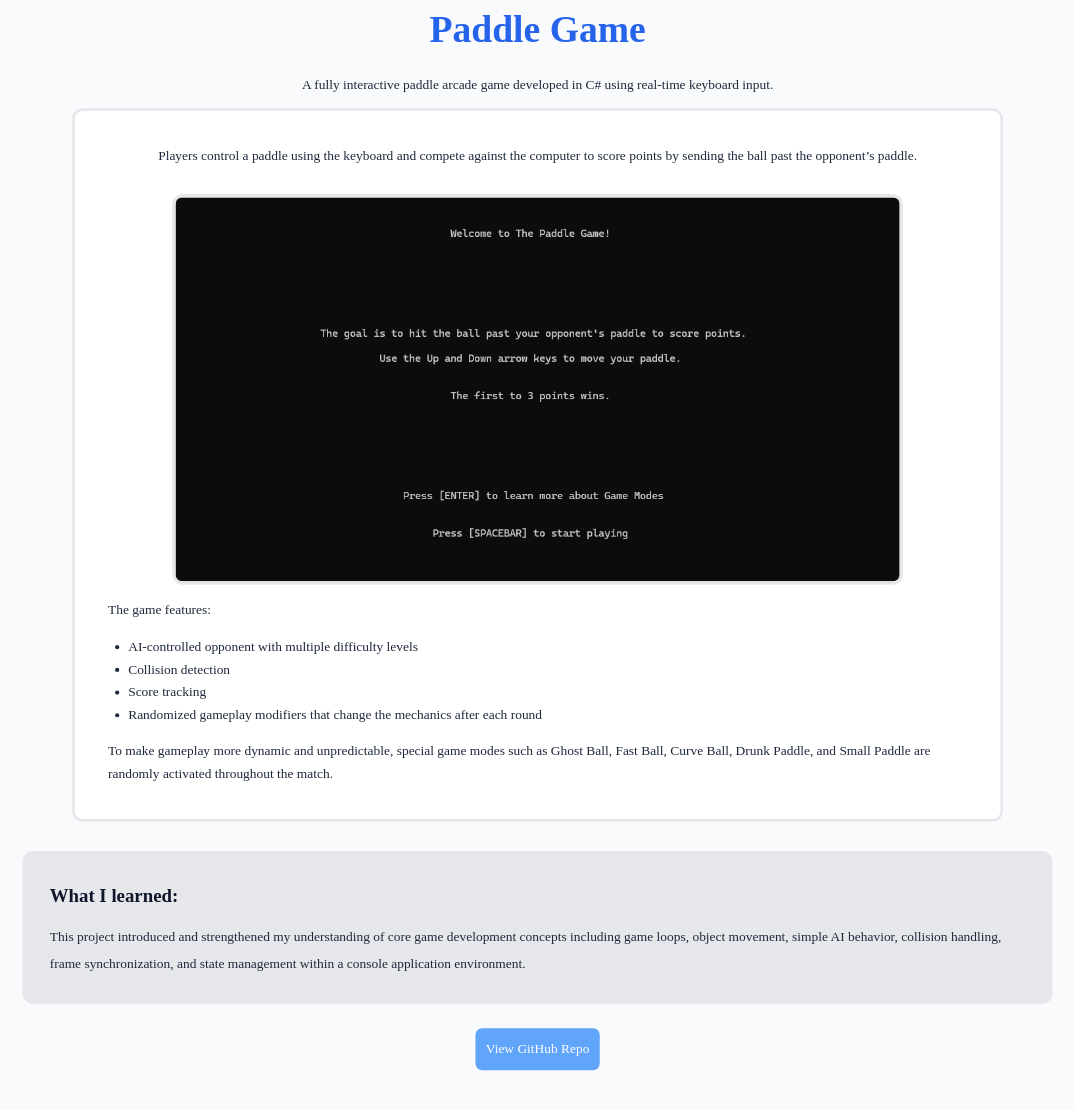
Repository: alison-cunningham/alison-cunningham
Page: pages/paddle-game.html
An editor plug-in stored every save of this project. The page is shown before and after the next save, followed by the edit.
The browser window is 1280 px wide. The pictures show the whole page, at 84% of full size.
Some web fonts or font styles are not loaded; a fallback is used.

Above is the page before, as saved 2026-05-12 20:39:44.

### pages/paddle-game.html
<!DOCTYPE html>
<html lang="en">
<head>
    <meta charset="UTF-8" />
    <title>Project - Paddle Game</title>
    <meta name="viewport" content="width=device-width, initial-scale=1.0">
    <link rel="stylesheet" href="../styles/globals.css"/>
    <link rel="stylesheet" href="../styles/pages.css">
</head>
<body>
    <header class="project-header">
        <h1>Paddle Game</h1>
        <p>
            A fully interactive paddle arcade game developed in C# using real-time keyboard input.
        </p>
    </header>

    <section class="project-description">
        <summary>
            Players control a paddle using the keyboard and compete against the computer to score points by sending the ball past the opponent’s paddle.
        </summary>

        <img src="../assets/images/paddle-game-screenshot-2.png" alt="Screenshot from Paddle Game gameplay">

        The game features:
        <ul>
            <li>AI-controlled opponent with multiple difficulty levels</li>
            <li>Collision detection</li>
            <li>Score tracking</li>
            <li>Randomized gameplay modifiers that change the mechanics after each round</li>
        </ul>


        To make gameplay more dynamic and unpredictable, special game modes such as Ghost Ball, Fast Ball, Curve Ball, Drunk Paddle, and Small Paddle are randomly activated throughout the match.
    </section>

    <section class="learned">

        <h3>What I learned:</h3>
        <p>This project introduced and strengthened my understanding of core game development concepts including game loops, object movement, simple AI behavior, collision handling, frame synchronization, and state management within a console application environment.</p>

    </section>

    <br>

    <a class="project-link"
        href="https://github.com/alison-cunningham/PaddleGame-2D-Collision-Simulation.git"
        target="_blank">
        View GitHub Repo
    </a>

</body>

</html>

### styles/globals.css
@font-face{
    font-family: 'Radio-Canada';
    src: url('../assets/fonts/Radio_Canada/RadioCanada-VariableFont_wdth\,wght.ttf')
}

*{
    box-sizing: border-box;
}

body{
    font-family: 'Radio-Canada';

    background-color: #f8fafc;
    color: #1e293b;

    line-height: 1.6;
    font-size: 1rem;

    margin: 0;
    overflow-x: hidden;
}


a{
    text-decoration: none;
    color: inherit;
}

h3{
    font-size: 1.4rem;
    margin-bottom: 1rem;
    color: #0f172a;
}

.page-header{

    font-size: 1.3rem;
    width: 100%;
    padding: 1rem 0;

    background-color: #ffffff;
    border-bottom: .2rem solid #e5e7eb85;

    display: flex;
    flex-direction: column;
    align-items: center;
    justify-content: center;
    text-align: center;


}

header h1{
    font-size: 3rem;
    margin: 0;
}

.nav-bar{
    display: flex;
    gap: 2rem;

    width: 100%;
    max-width: 100%;

    overflow-x: auto;

    padding: 0.5rem 1rem;
    margin: 0;

    font-size: 1.5rem;
}

.nav-bar::-webkit-scrollbar{
    height: 0.45rem;
}

.nav-bar::-webkit-scrollbar-track{
    background: #e5e7eb;
    border-radius: 999rem;
}

.nav-bar::-webkit-scrollbar-thumb{
    background: #34d399;
    border-radius: 999rem;
}

.hover-text{
    color: #60a5fa;
    position: relative;
}

.hover-text:hover{
    color: #34d399;
}

.hover-text::after{
    content:"";
    position: absolute;
    left: 0;
    bottom: -2px;

    width: 0%;
    height: 2px;
    background: #34d399;
    transition: width 0.6s ease;

}

.hover-text:hover::after {
    width: 100%;
}

### styles/pages.css
body{
    display: flex;
    flex-direction: column;
    align-items: center;

    margin: 0 auto;
    padding: 0 1.5rem;

}

.main-header{
    display: grid;
    text-align: center;

    font-size: 1.2rem;
}

.main-header h2{
    font-size: 3rem;

    margin-bottom: 0.5rem;

    color: #0f172a;
    letter-spacing: -0.05rem;
}

.main-header p{
    margin-top: 0;

    font-size: 1.2rem;
    color: #64748b;
}

.project-header{
    display: grid;
    justify-content: center;
    text-align: center;

}

.project-header h1{
    margin-bottom: 0;

    font-size: 2.2rem;

    color: #2563eb;
}

nav{
    width: 100%;
    margin: 1rem auto;
    padding: .75rem;

    background-color: #ffffff;
    border: .2rem solid #e5e7eb;
    border-radius: 1rem;

    display: flex;
    justify-content: center;
    gap: 1rem;
    flex-wrap: wrap;

}

nav a{

    color: #60a5fa;
    padding: .5rem .5rem;
    border-radius: .75rem;

    font-size: 1.1rem;

    transition:
        background-color 0.3s ease,
        color 0.3s ease,
        transform 0.3s ease;
}

nav a:hover{
    background-color: #34d399;
    color: white;
}

img{
    display: block;
    max-width: 100%;
    margin: 1rem auto;
    border: .3rem solid #e5e7eb;
    border-radius: .75rem;

    transition: transform 0.3s ease;
}

img:hover{
    transform: scale(1.09);
}

.project-description{
    max-width: 97%;

    margin: 0 auto 2rem;
    padding: 2rem;

    background-color: #ffffff;
    border: .2rem solid #e5e7eb;
    border-radius: .75rem;

    line-height: 1.7;
}

.project-description ul{
    margin-top: 1rem;
    margin-bottom: 1rem;
    padding-left: 1.5rem;
}

.project-link{
    display: block;
    width: fit-content;

    margin: 0 auto 3rem;
    padding: .75rem;

    background-color: #60a5fa;
    color: white;

    text-decoration: none;

    border-radius: .5rem;

    transition: background-color 0.3s ease;
    transition: transform 0.2s ease;
}

.project-link:hover{
    background-color: #34d399;
}

summary{
    text-align: center;
    margin-bottom: 2rem;
}

.learned{
    line-height: 2rem;
    background-color: #e5e7eb;
    padding: 0.3rem 1.5rem 1rem;
    margin: 0.2rem;
    border-radius: 0.75rem;
}

.payroll-breakdown{
    line-height: 1.4rem;
}

iframe{
    width: 100%;
    min-height: 80vh;
    border: 0;
}

@media (min-width: 768px){
    .main-header{
        padding-top: 1rem;
    }

    .main-header h2{
        font-size: 3.5rem;
    }

        nav{
        gap: 1.5rem;
        padding: 1rem;
    }

    nav a{
        font-size: 1.2rem;
        padding: 0.75rem 1rem;
    }

    .project-description{
        max-width: 90%;
        padding: 2.5rem;
    }

    img{
        max-width: 85%;
    }

    .project-header h1{
        font-size: 2.8rem;
    }

    .learned{
        padding: 1rem 2rem;
    }
}

After the next save:
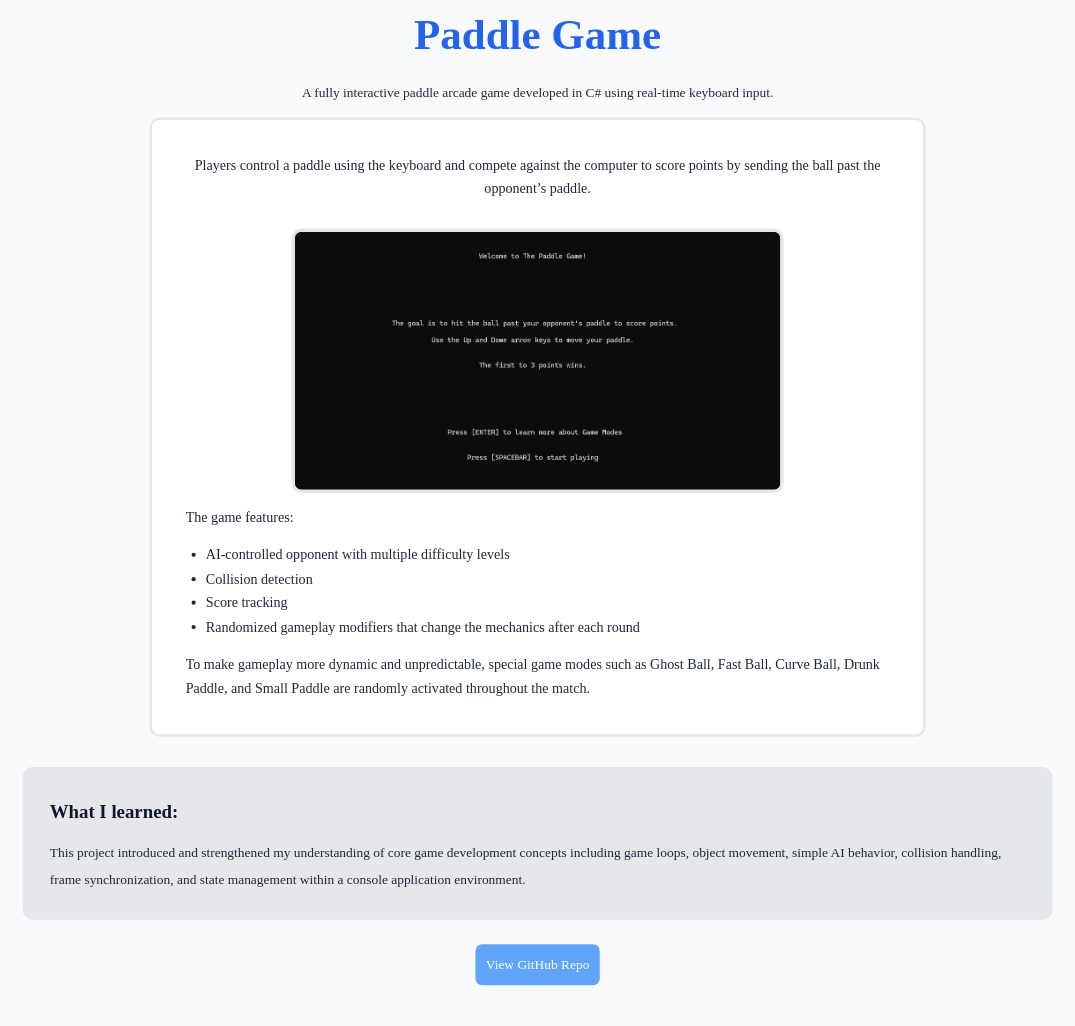
Saved 98 s later.
--- a/styles/pages.css
+++ b/styles/pages.css
@@ -195,3 +195,38 @@ iframe{
         padding: 1rem 2rem;
     }
 }
+
+@media (min-width: 1000px){
+     .main-header h2{
+        font-size: 4.5rem;
+    }
+
+    .main-header p{
+        font-size: 1.35rem;
+    }
+
+    nav{
+        max-width: 65rem;
+    }
+
+    nav a{
+        font-size: 1.25rem;
+    }
+
+    .project-description{
+        max-width: 75%;
+        font-size: 1.05rem;
+    }
+
+    img{
+        max-width: 70%;
+    }
+
+    .project-header h1{
+        font-size: 3.2rem;
+    }
+
+    iframe{
+        min-height: 90vh;
+    }
+}
